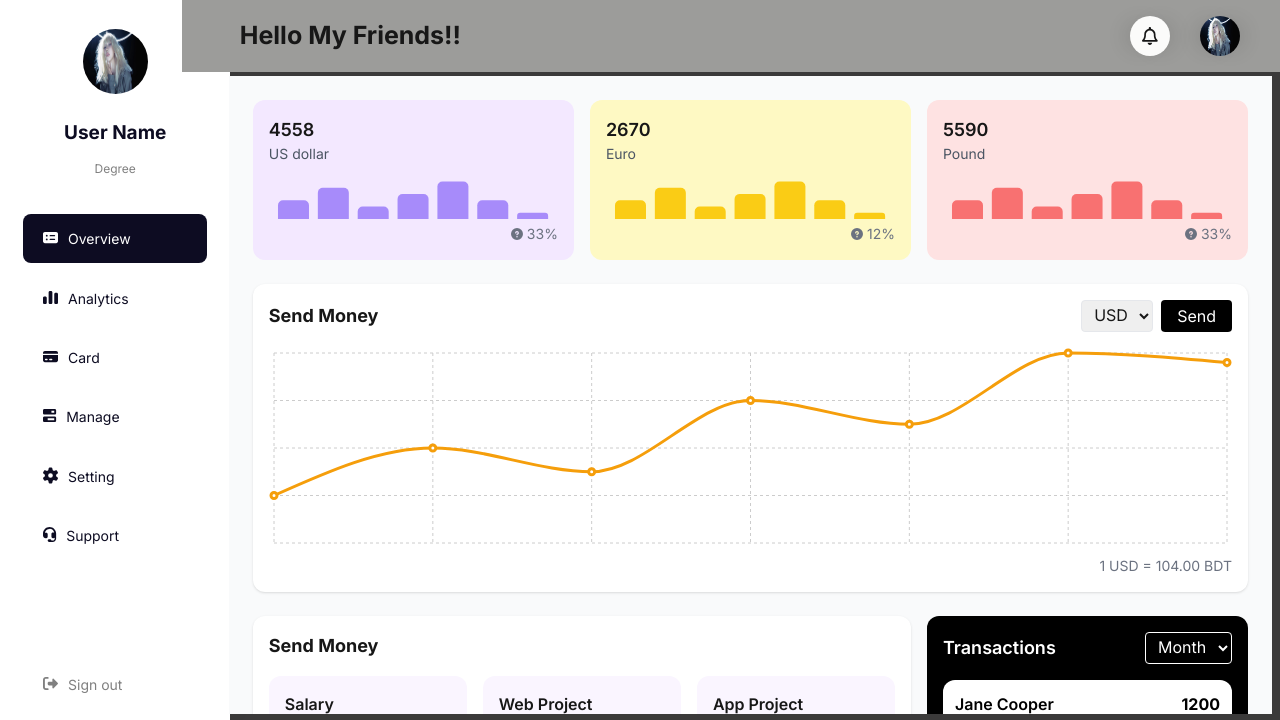
Repository: conGaStuer/airdropmamager
Page: /
The author's editor kept a copy of each file at every save. The page is drawn from the files as they stood at one save, then again after the next save.
The browser window is 1280 px wide. The pictures show the whole page.
An inner scrolling area shows only its first screen. The project was rebuilt for these pictures with package versions that can differ from the ones it lists, and the page was loaded fresh each time. The framework's server and built-in components were replaced by stand-ins that run in the browser. Also part of the build but not shown: next.config.ts.

Above is the page before, as saved 2025-05-26 19:15:10.

### src/app/layout.tsx
import type { Metadata } from "next";
import { Geist, Geist_Mono, Inter } from "next/font/google";
import "../styles/globals.css";
import "../lib/fontawesome";
const geistSans = Geist({
  variable: "--font-geist-sans",
  subsets: ["latin"],
});

const geistMono = Geist_Mono({
  variable: "--font-geist-mono",
  subsets: ["latin"],
});
const inter = Inter({
  variable: "--font-inter",
  subsets: ["latin"],
  weight: ["400", "600", "700"],
});

export const metadata: Metadata = {
  title: "Create Next App",
  description: "Generated by create next app",
};

export default function RootLayout({
  children,
}: Readonly<{
  children: React.ReactNode;
}>) {
  return (
    <html lang="en">
      <body
        className={`${geistSans.variable} ${geistMono.variable} ${inter.variable} antialiased`}
      >
        {children}
      </body>
    </html>
  );
}

### src/app/page.tsx
import Link from "next/link";
import SideBar from "../components/SideBar";
import NavBar from "../components/NavBar";
import Chart from "../components/Chart";

export default function Home() {
  return (
    <div className="home">
      {/* <Link href="/airdrops">
        <button>Đi đến trang Airdrops</button>
      </Link> */}
      <NavBar />
      <SideBar />
      <Chart />
    </div>
  );
}

### src/styles/globals.css
@tailwind base;
@tailwind components;
@tailwind utilities;

:root {
  --background: #3b3a3a;
  --foreground: #171717;
}

@media (prefers-color-scheme: dark) {
  :root {
    --background: #6a6868;
    --foreground: #393737;
  }
}

body {
  color: var(--foreground);
  background: var(--background);
  font-family: inter;
  background-size: cover;
  background-position: center;
}

### src/lib/fontawesome.js
// src/lib/fontawesome.js
import { config } from "@fortawesome/fontawesome-svg-core";
import "@fortawesome/fontawesome-svg-core/styles.css";
config.autoAddCss = false; // ⛔️ Ngăn tự thêm CSS vì Next.js xử lý riêng

### src/components/SideBar.js
import React from "react";
import "../styles/sideBar.scss";
import { FontAwesomeIcon } from "@fortawesome/react-fontawesome";
import {
  faEdit,
  faTrash,
  faRectangleList,
  faChartSimple,
  faCreditCard,
  faBarsProgress,
  faGear,
  faHeadset,
  faRightFromBracket,
} from "@fortawesome/free-solid-svg-icons";
import Image from "next/image";
export default function SideBar() {
  return (
    <div className="side-bar">
      <div className="side-info">
        <div className="user-profile">
          <Image src="/styles/avt.jpg" alt="Avatar" width={80} height={80} />
          <h4>User Name</h4>
          <p>Degree</p>
        </div>
      </div>
      <div className="side-menu">
        <div className="menu-element menu-element1">
          <FontAwesomeIcon icon={faRectangleList} className="icon" />
          <span>Overview</span>
        </div>
        <div className="menu-element">
          <FontAwesomeIcon icon={faChartSimple} className="icon" />
          <span>Analytics</span>
        </div>
        <div className="menu-element">
          <FontAwesomeIcon icon={faCreditCard} className="icon" />
          <span>Card</span>
        </div>
        <div className="menu-element">
          <FontAwesomeIcon icon={faBarsProgress} className="icon" />
          <span>Manage</span>
        </div>
        <div className="menu-element">
          <FontAwesomeIcon icon={faGear} className="icon" />
          <span>Setting</span>
        </div>
        <div className="menu-element">
          <FontAwesomeIcon icon={faHeadset} className="icon" />

          <span>Support</span>
        </div>
      </div>
      <div className="side-logout">
        <FontAwesomeIcon icon={faRightFromBracket} className="icon" />
        <span>Sign out</span>
      </div>
    </div>
  );
}

### src/components/NavBar.js
import React from "react";
import "../styles/navbar.scss";
import { FontAwesomeIcon } from "@fortawesome/react-fontawesome";
import {
  faEdit,
  faTrash,
  faRectangleList,
  faChartSimple,
  faCreditCard,
  faBarsProgress,
  faGear,
  faHeadset,
  faRightFromBracket,
  faRing,
} from "@fortawesome/free-solid-svg-icons";
import { faBell } from "@fortawesome/free-regular-svg-icons";
import Image from "next/image";
export default function NavBar() {
  return (
    <div className="nav-side">
      <p>Hello My Friends!!</p>
      <div className="menu">
        <div className="iconn">
          <FontAwesomeIcon icon={faBell} className="icon" />
        </div>
        <Image src="/styles/avt.jpg" alt="Avatar" width={20} height={20} />
      </div>
    </div>
  );
}

### src/components/Chart.js
"use client";
import React from "react";
import {
  BarChart,
  Bar,
  LineChart,
  Line,
  XAxis,
  YAxis,
  CartesianGrid,
  Tooltip,
  ResponsiveContainer,
} from "recharts";
import { faQuestionCircle } from "@fortawesome/free-solid-svg-icons";
import { FontAwesomeIcon } from "@fortawesome/react-fontawesome";
import "../styles/chart.scss";
const barData = [
  { name: "Mon", value: 3 },
  { name: "Tue", value: 5 },
  { name: "Wed", value: 2 },
  { name: "Thu", value: 4 },
  { name: "Fri", value: 6 },
  { name: "Sat", value: 3 },
  { name: "Sun", value: 1 },
];

const lineData = [
  { name: "", value: 100 },
  { name: "", value: 200 },
  { name: "", value: 150 },
  { name: "", value: 300 },
  { name: "", value: 250 },
  { name: "", value: 400 },
  { name: "", value: 380 },
];

const transactions = [
  { name: "Jane Cooper", value: 1200, currency: "US dollar" },
  { name: "Leslie Alexander", value: 2890, currency: "Euro" },
  { name: "Flight Ticket", value: 1000, currency: "Pound" },
  { name: "Robert Fox", value: 2250, currency: "Euro" },
  { name: "KFC", value: 120, currency: "US dollar" },
  { name: "Jacob Jones", value: 1700, currency: "Pound" },
  { name: "Dev Cooper", value: 4500, currency: "Euro" },
];

export default function Chart() {
  return (
    <div className="p-6 bg-gray-50 font-sans custom-chart">
      <div className="grid grid-cols-1 md:grid-cols-3 gap-4">
        {[
          {
            label: "US dollar",
            value: 4558,
            color: "bg-purple-100",
            barColor: "#a78bfa",
            percent: 33,
          },
          {
            label: "Euro",
            value: 2670,
            color: "bg-yellow-100",
            barColor: "#facc15",
            percent: 12,
          },
          {
            label: "Pound",
            value: 5590,
            color: "bg-red-100",
            barColor: "#f87171",
            percent: 33,
          },
        ].map((item, idx) => (
          <div key={idx} className={`rounded-xl p-4 ${item.color}`}>
            <h3 className="text-lg font-semibold">{item.value}</h3>
            <p className="text-sm text-gray-600">{item.label}</p>
            <ResponsiveContainer width="100%" height={60}>
              <BarChart data={barData}>
                <Bar
                  dataKey="value"
                  fill={item.barColor}
                  radius={[5, 5, 0, 0]}
                />
              </BarChart>
            </ResponsiveContainer>
            <div className="flex items-center justify-end text-sm text-gray-500">
              <FontAwesomeIcon
                icon={faQuestionCircle}
                className="mr-1 text-xs"
              />
              {item.percent}%
            </div>
          </div>
        ))}
      </div>

      <div className="mt-6 bg-white rounded-xl p-4 shadow">
        <div className="flex justify-between items-center">
          <h2 className="text-lg font-bold">Send Money</h2>

          <div className="flex items-center gap-2">
            <select className="border rounded px-2 py-1">
              <option>USD</option>
            </select>
            <button className="bg-black text-white px-4 py-1 rounded">
              Send
            </button>
          </div>
        </div>
        <div className="mt-4">
          <ResponsiveContainer width="100%" height={200}>
            <LineChart data={lineData}>
              <CartesianGrid strokeDasharray="3 3" />
              <XAxis dataKey="name" hide />
              <YAxis hide />
              <Tooltip />
              <Line
                type="monotone"
                dataKey="value"
                stroke="#f59e0b"
                strokeWidth={3}
              />
            </LineChart>
          </ResponsiveContainer>
        </div>
        <p className="text-right text-sm text-gray-500 mt-2">
          1 USD = 104.00 BDT
        </p>
      </div>

      <div className="grid grid-cols-1 md:grid-cols-3 gap-4 mt-6">
        <div className="bg-white rounded-xl p-4 shadow md:col-span-2">
          <h3 className="text-lg font-bold mb-4">Send Money</h3>

          <div className="grid grid-cols-1 md:grid-cols-3 gap-4">
            {[
              {
                title: "Salary",
                type: "Regular Payment",
                value: 3500,
                currency: "US dollar",
              },
              {
                title: "Web Project",
                type: "Unregular Payment",
                value: 6500,
                currency: "Euro",
              },
              {
                title: "App Project",
                type: "Regular Payment",
                value: 1200,
                currency: "Pound",
              },
            ].map((item, idx) => (
              <div key={idx} className="bg-purple-50 p-4 rounded-xl">
                <h4 className="text-md font-semibold">{item.title}</h4>
                <p className="text-sm text-gray-600">{item.type}</p>
                <p className="text-xl font-bold mt-2">{item.value}</p>
                <span className="text-sm text-gray-500">{item.currency}</span>
              </div>
            ))}
          </div>
          <div className="mt-6 bg-white rounded-xl p-4 shadow">
            <div className="flex justify-between items-center mb-4">
              <p className="text-sm text-gray-500">A month ago</p>
              <p className="text-sm font-medium">Today</p>
            </div>
            <div className="bg-purple-50 p-4 rounded-xl">
              <div className="flex justify-between items-center mb-4">
                <h3 className="text-lg font-semibold">Send Money</h3>
                <a href="#" className="text-sm font-medium text-purple-600">
                  View All
                </a>
              </div>
              <div className="grid grid-cols-1 sm:grid-cols-3 gap-4">
                {[
                  {
                    title: "Salary",
                    type: "Regular Payment",
                    value: 3500,
                    currency: "US dollar",
                  },
                  {
                    title: "Web Project",
                    type: "Unregular Payment",
                    value: 6500,
                    currency: "Euro",
                  },
                  {
                    title: "App Project",
                    type: "Regular Payment",
                    value: 1200,
                    currency: "Pound",
                  },
                ].map((item, idx) => (
                  <div
                    key={idx}
                    className="bg-white rounded-xl p-4 shadow flex flex-col justify-between"
                  >
                    <div>
                      <div className="flex items-center space-x-2">
                        <div className="w-10 h-10 bg-purple-200 rounded-full flex items-center justify-center">
                          <span className="text-purple-700 font-bold text-lg">
                            {item.title.charAt(0)}
                          </span>
                        </div>
                        <div>
                          <h4 className="text-md font-semibold">
                            {item.title}
                          </h4>
                          <p className="text-sm text-gray-500">{item.type}</p>
                        </div>
                      </div>
                    </div>
                    <div className="mt-4">
                      <p className="text-xl font-bold">{item.value}</p>
                      <p className="text-sm text-gray-500">{item.currency}</p>
                    </div>
                  </div>
                ))}
              </div>
            </div>
          </div>
        </div>

        <div className="bg-black text-white rounded-xl p-4">
          <div className="flex justify-between items-center mb-4">
            <h3 className="text-lg font-semibold">Transactions</h3>
            <select className="bg-black text-white border border-white px-2 py-1 rounded">
              <option>Month</option>
            </select>
          </div>
          <ul className="space-y-3">
            {transactions.map((t, idx) => (
              <li
                key={idx}
                className="bg-white text-black p-3 rounded-xl flex justify-between items-center"
              >
                <div>
                  <p className="font-semibold">{t.name}</p>
                  <p className="text-sm text-gray-500">08 Sep, 2022</p>
                </div>
                <div className="text-right">
                  <p className="font-bold">{t.value}</p>
                  <p className="text-sm text-gray-500">{t.currency}</p>
                </div>
              </li>
            ))}
          </ul>
        </div>
      </div>
      <div className="mt-6 bg-white rounded-xl p-4 shadow">
        <div className="flex justify-between items-center mb-4">
          <p className="text-sm text-gray-500">A month ago</p>
          <p className="text-sm font-medium">Today</p>
        </div>
        <div className="bg-purple-50 p-4 rounded-xl">
          <div className="flex justify-between items-center mb-4">
            <h3 className="text-lg font-semibold">Send Money</h3>
            <a href="#" className="text-sm font-medium text-purple-600">
              View All
            </a>
          </div>
          <div className="grid grid-cols-1 sm:grid-cols-3 gap-4">
            {[
              {
                title: "Salary",
                type: "Regular Payment",
                value: 3500,
                currency: "US dollar",
              },
              {
                title: "Web Project",
                type: "Unregular Payment",
                value: 6500,
                currency: "Euro",
              },
              {
                title: "App Project",
                type: "Regular Payment",
                value: 1200,
                currency: "Pound",
              },
            ].map((item, idx) => (
              <div
                key={idx}
                className="bg-white rounded-xl p-4 shadow flex flex-col justify-between"
              >
                <div>
                  <div className="flex items-center space-x-2">
                    <div className="w-10 h-10 bg-purple-200 rounded-full flex items-center justify-center">
                      <span className="text-purple-700 font-bold text-lg">
                        {item.title.charAt(0)}
                      </span>
                    </div>
                    <div>
                      <h4 className="text-md font-semibold">{item.title}</h4>
                      <p className="text-sm text-gray-500">{item.type}</p>
                    </div>
                  </div>
                </div>
                <div className="mt-4">
                  <p className="text-xl font-bold">{item.value}</p>
                  <p className="text-sm text-gray-500">{item.currency}</p>
                </div>
              </div>
            ))}
          </div>
        </div>
      </div>
    </div>
  );
}

### src/styles/sideBar.scss
@mixin center-div {
  display: flex;
  flex-direction: column;
  justify-content: space-between;
  align-items: center;
}
@mixin no-space-text {
  margin: 0px;
  padding: 0px;
}
.side-bar {
  font-family: "Inter", sans-serif;
  @include center-div();
  width: 18%;
  height: 100vh;
  background-color: white;
  color: #808080;
  box-shadow: 10px 0 20px -5px rgba(0, 0, 0, 0.05),
    -10px 0 20px -5px rgba(0, 0, 0, 0.05);
  z-index: 1;
  .icon {
    font-size: 15px;
    margin-right: 10px;
    position: relative;
    top: -1px;
  }
  .side-info {
    width: 80%;
    height: 34%;
    display: flex;
    flex-direction: column;
    justify-content: space-around;
    align-items: center;
    position: relative;
    top: -10px;
    h4 {
      @include no-space-text();
      font-size: 18px;
      font-weight: bold;
    }
    .user-profile {
      width: 75%;
      height: 68%;
      @include center-div();

      img {
        width: 65px;
        height: 65px;
        border-radius: 50%;
      }
      h4 {
        font-size: 19px;
        font-weight: bold;
        @include no-space-text();
        position: relative;
        top: -3px;
        color: #0d0c22;
      }
      p {
        @include no-space-text();
        font-size: 12px;
        position: relative;
        top: -18px;
      }
    }
  }
  .side-menu {
    width: 80%;
    height: 48%;
    @include center-div();
    position: relative;
    top: -65px;
    .menu-element {
      width: 100%;
      height: 14%;
      background-color: white;
      border-radius: 8px;
      font-size: 14px;
      display: flex;
      align-items: center;
      padding: 20px;
      color: #0d0c22;
    }
    .menu-element1 {
      background-color: #0d0c22;
      color: white;
    }
  }
  .side-logout {
    width: 80%;
    height: 7%;
    display: flex;
    align-items: center;
    padding: 20px;
    margin-bottom: 10px;
    span {
      font-size: 14px;
    }
  }
}

### src/styles/navbar.scss
@mixin center-div {
  display: flex;

  justify-content: space-between;
  align-items: center;
}
@mixin no-space-text {
  margin: 0px;
  padding: 0px;
}
.nav-side {
  width: 85.8%;
  height: 10vh;
  background-color: #9c9c9a;
  position: fixed;
  float: right;
  right: 0px;

  border-bottom-right-radius: 0px;
  @include center-div();
  padding-left: 30px;
  padding-right: 40px;
  border-bottom: 0.5px srgb(187, 184, 184) 08080;
  p {
    padding: 28px;
    font-size: 25px;
    font-weight: bold;
    font-family: "Inter", sans-serif;
  }
  .menu {
    width: 120px;
    height: 90%;
    @include center-div();

    .iconn {
      width: 40px;
      height: 40px;
      background-color: #fbfbfa;
      border-radius: 50%;
      @include center-div();
      justify-content: center;
      position: relative;
      left: 10px;
      box-shadow: 10px 0 20px -5px rgba(0, 0, 0, 0.1),
        -10px 0 20px -5px rgba(0, 0, 0, 0.1);

      .icon {
        font-size: 18px;
      }
    }
    img {
      width: 40px;
      height: 40px;
      border-radius: 50%;
      box-shadow: 10px 0 20px -5px rgba(0, 0, 0, 0.1),
        -10px 0 20px -5px rgba(0, 0, 0, 0.1);
    }
  }
}

### src/styles/chart.scss
.custom-chart {
  width: 81.5%;
  height: 88.6vh;
  position: fixed;
  top: 10.5%;
  float: right;
  right: 8px;
  z-index: 0;
  overflow: auto;
}

### tailwind.config.ts
import type { Config } from "tailwindcss";

export default {
  content: [
    "./src/pages/**/*.{js,ts,jsx,tsx,mdx}",
    "./src/components/**/*.{js,ts,jsx,tsx,mdx}",
    "./src/app/**/*.{js,ts,jsx,tsx,mdx}",
  ],
  theme: {
    extend: {
      colors: {
        background: "var(--background)",
        foreground: "var(--foreground)",
      },
      fontFamily: {
        sans: ["var(--font-inter)", "sans-serif"],
      },
    },
  },
  plugins: [],
} satisfies Config;

After the next save:
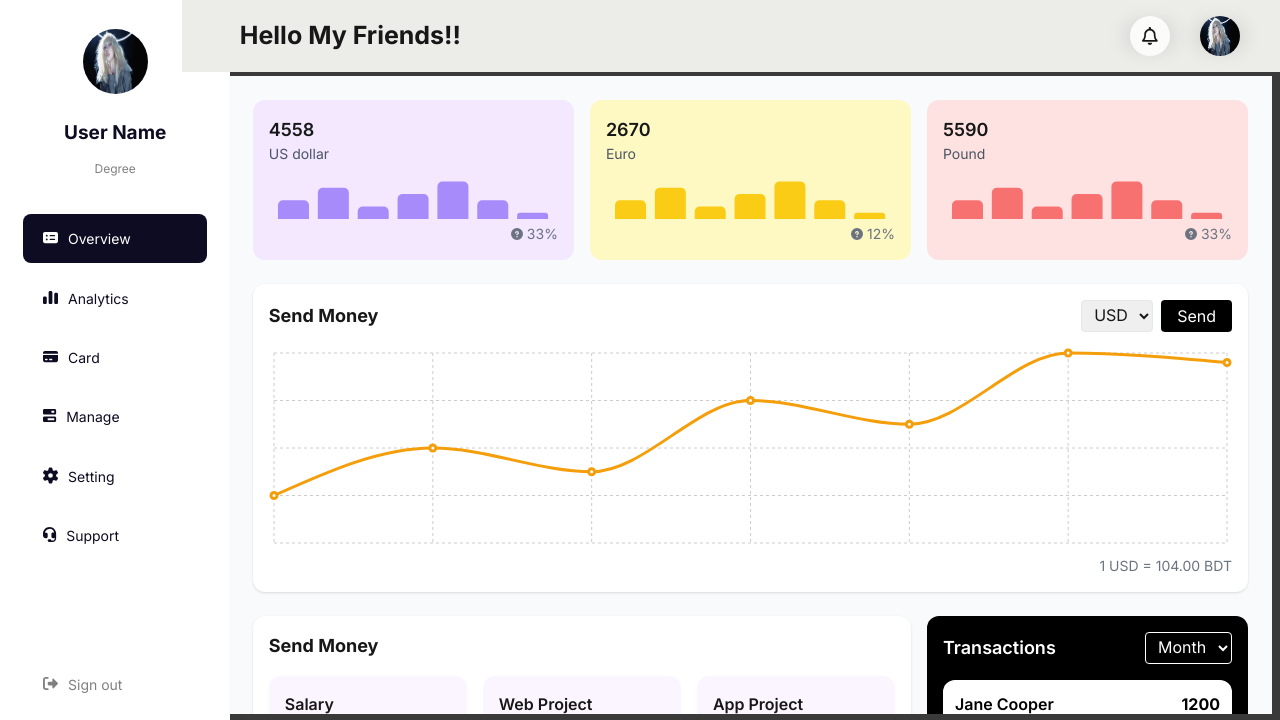
Saved 5 s later.
--- a/src/styles/navbar.scss
+++ b/src/styles/navbar.scss
@@ -11,7 +11,7 @@
 .nav-side {
   width: 85.8%;
   height: 10vh;
-  background-color: #9c9c9a;
+  background-color: #ecece9;
   position: fixed;
   float: right;
   right: 0px;
